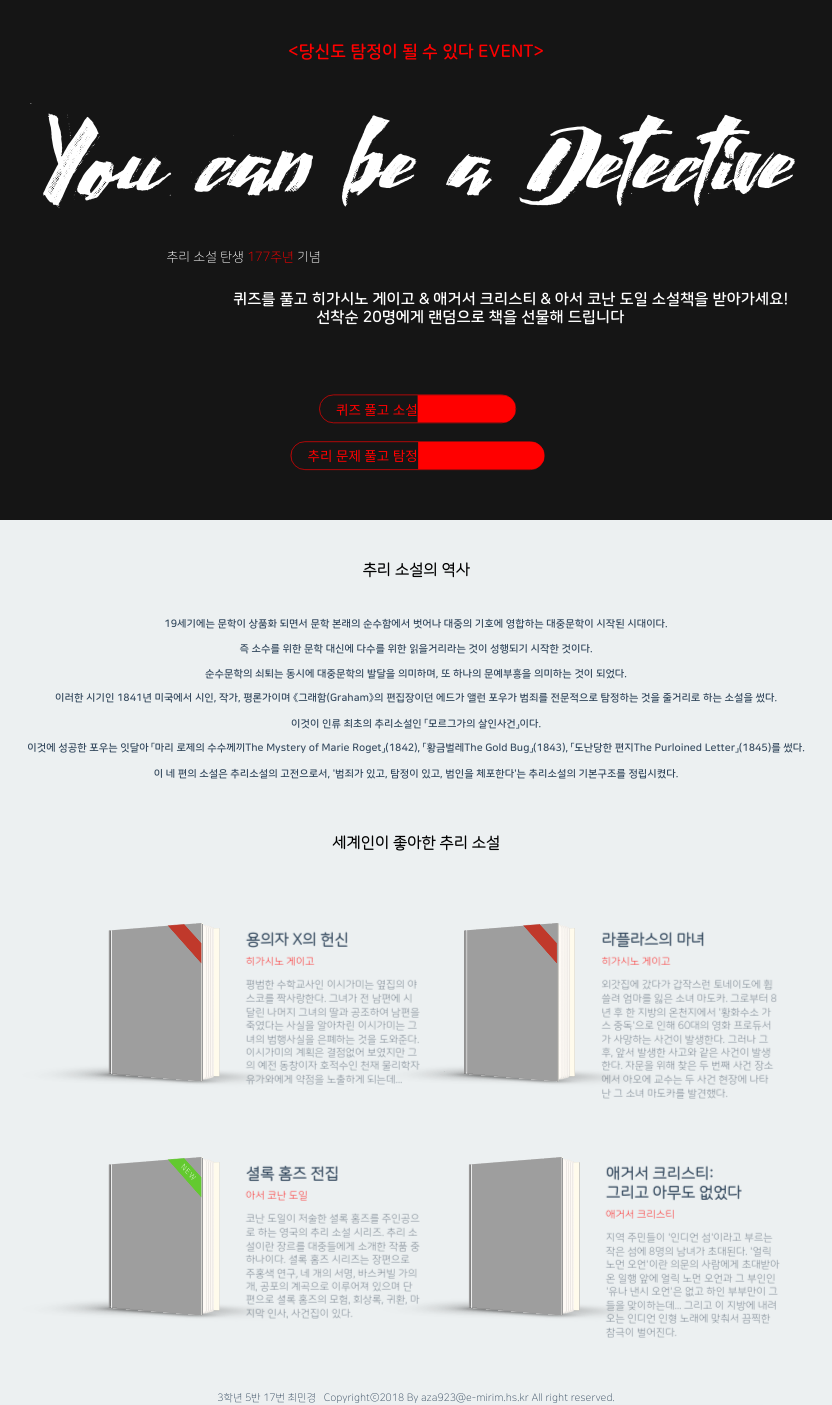
Repository: minkyung0421/Event_Project
Page: http://localhost/Event/main.jsp
An editor plug-in stored every save of this project. The page is shown before and after the next save, followed by the edit.
The browser window is 1280 px wide. The pictures show the whole page, at 65% of full size.
Pictures or frames that could not be fetched are drawn as grey boxes. The page is served by Tomcat 9.

Above is the page before, as saved 2018-09-04 22:23:26.
Not found: Event_Project/Event/Event/compass/css3

### Event_Project/Event/WebContent/css.css
@import "compass/css3";

/*
	A. Mini Reset
*/
*, *:after, *:before { -webkit-box-sizing: border-box; -moz-box-sizing: border-box; box-sizing: border-box; }

* {
  margin: 0;
  padding: 0;
}

::before,
::after {
	content: "";
}

html,
body {
	height: 100%;
	-webkit-font-smoothing: subpixel-antialiased;
}

html {
	font-size: 100%;
}

body {
	background: #ecf0f1;
	color: #34495e;
	font-family: 'Lato', 'Arial', sans-serif;
	font-weight: 400;
	line-height: 1.2;
}

ul {
	margin: 0;
	padding: 0;
	list-style: none;
}

a {
	color: #2c3e50;
	text-decoration: none;
}

.btn {
	display: inline-block;
	text-transform: uppercase;
	border: 2px solid #2c3e50;
	margin-top: 100px;
	font-size: 0.7em;
	font-weight: 700;
	padding: 0.1em 0.4em;
	text-align: center;
	-webkit-transition: color 0.3s, border-color 0.3s;
	-moz-transition: color 0.3s, border-color 0.3s;
	transition: color 0.3s, border-color 0.3s;
}

.btn:hover {
	border-color: red;
	color: red;
}

/* basic grid, only for this demo */

.align {
	clear: both;
	margin: 90px auto 20px;
	width: 100%;
	max-width: 1170px;
	text-align: center;
}

.align > li {
	width: 500px;
	min-height: 300px;
	display: inline-block;
	margin: 30px 20px 30px 30px;
	padding: 0 0 0 60px;
	vertical-align: top;
}

/* ///////////////////////////////////////////////////

HARDCOVER
Table of Contents

1. container
2. background & color
3. opening cover, back cover and pages
4. position, transform y transition
5. events
6. Bonus
	- Cover design
	- Ribbon
	- Figcaption
7. mini-reset

/////////////////////////////////////////////////////*/

/*
	1. container
*/

.book {
	position: relative;
	width: 160px;
	height: 220px;
	-webkit-perspective: 1000px;
	-moz-perspective: 1000px;
	perspective: 1000px;
	-webkit-transform-style: preserve-3d;
	-moz-transform-style: preserve-3d;
	transform-style: preserve-3d;
}

/*
	2. background & color
*/

/* HARDCOVER FRONT */
.hardcover_front li:first-child {
	background-color: #eee;
	-webkit-backface-visibility: hidden;
	-moz-backface-visibility: hidden;
	backface-visibility: hidden;
}

/* reverse */
.hardcover_front li:last-child {
	background: #fffbec;
}

/* HARDCOVER BACK */
.hardcover_back li:first-child {
	background: #fffbec;
}

/* reverse */
.hardcover_back li:last-child {
	background: #fffbec;
}

.book_spine li:first-child {
	background: #eee;
}
.book_spine li:last-child {
	background: #333;
}

/* thickness of cover */

.hardcover_front li:first-child:after,
.hardcover_front li:first-child:before,
.hardcover_front li:last-child:after,
.hardcover_front li:last-child:before,
.hardcover_back li:first-child:after,
.hardcover_back li:first-child:before,
.hardcover_back li:last-child:after,
.hardcover_back li:last-child:before,
.book_spine li:first-child:after,
.book_spine li:first-child:before,
.book_spine li:last-child:after,
.book_spine li:last-child:before {
	background: #999;
}

/* page */

.page > li {
	background: -webkit-linear-gradient(left, #e1ddd8 0%, #fffbf6 100%);
	background: -moz-linear-gradient(left, #e1ddd8 0%, #fffbf6 100%);
	background: -ms-linear-gradient(left, #e1ddd8 0%, #fffbf6 100%);
	background: linear-gradient(left, #e1ddd8 0%, #fffbf6 100%);
	box-shadow: inset 0px -1px 2px rgba(50, 50, 50, 0.1), inset -1px 0px 1px rgba(150, 150, 150, 0.2);
	border-radius: 0px 5px 5px 0px;
}

/*
	3. opening cover, back cover and pages
*/

.hardcover_front {
	-webkit-transform: rotateY(-34deg) translateZ(8px);
	-moz-transform: rotateY(-34deg) translateZ(8px);
	transform: rotateY(-34deg) translateZ(8px);
	z-index: 100;
}

.hardcover_back {
	-webkit-transform: rotateY(-15deg) translateZ(-8px);
	-moz-transform: rotateY(-15deg) translateZ(-8px);
	transform: rotateY(-15deg) translateZ(-8px);
}

.page li:nth-child(1) {
	-webkit-transform: rotateY(-28deg);
	-moz-transform: rotateY(-28deg);
	transform: rotateY(-28deg);
}

.page li:nth-child(2) {
	-webkit-transform: rotateY(-30deg);
	-moz-transform: rotateY(-30deg);
	transform: rotateY(-30deg);
}

.page li:nth-child(3) {
	-webkit-transform: rotateY(-32deg);
	-moz-transform: rotateY(-32deg);
	transform: rotateY(-32deg);
}

.page li:nth-child(4) {
	-webkit-transform: rotateY(-34deg);
	-moz-transform: rotateY(-34deg);
	transform: rotateY(-34deg);
}

.page li:nth-child(5) {
	-webkit-transform: rotateY(-36deg);
	-moz-transform: rotateY(-36deg);
	transform: rotateY(-36deg);
}

/*
	4. position, transform & transition
*/

.hardcover_front,
.hardcover_back,
.book_spine,
.hardcover_front li,
.hardcover_back li,
.book_spine li {
	position: absolute;
	top: 0;
	left: 0;
	width: 100%;
	height: 100%;
	-webkit-transform-style: preserve-3d;
	-moz-transform-style: preserve-3d;
	transform-style: preserve-3d;
}

.hardcover_front,
.hardcover_back {
	-webkit-transform-origin: 0% 100%;
	-moz-transform-origin: 0% 100%;
	transform-origin: 0% 100%;
}

.hardcover_front {
	-webkit-transition: all 0.8s ease, z-index 0.6s;
	-moz-transition: all 0.8s ease, z-index 0.6s;
	transition: all 0.8s ease, z-index 0.6s;
}

/* HARDCOVER front */
.hardcover_front li:first-child {
	cursor: default;
	-webkit-user-select: none;
	-moz-user-select: none;
	user-select: none;
	-webkit-transform: translateZ(2px);
	-moz-transform: translateZ(2px);
	transform: translateZ(2px);
}

.hardcover_front li:last-child {
	-webkit-transform: rotateY(180deg) translateZ(2px);
	-moz-transform: rotateY(180deg) translateZ(2px);
	transform: rotateY(180deg) translateZ(2px);
}

/* HARDCOVER back */
.hardcover_back li:first-child {
	-webkit-transform: translateZ(2px);
	-moz-transform: translateZ(2px);
	transform: translateZ(2px);
}

.hardcover_back li:last-child {
	-webkit-transform: translateZ(-2px);
	-moz-transform: translateZ(-2px);
	transform: translateZ(-2px);
}

/* thickness of cover */
.hardcover_front li:first-child:after,
.hardcover_front li:first-child:before,
.hardcover_front li:last-child:after,
.hardcover_front li:last-child:before,
.hardcover_back li:first-child:after,
.hardcover_back li:first-child:before,
.hardcover_back li:last-child:after,
.hardcover_back li:last-child:before,
.book_spine li:first-child:after,
.book_spine li:first-child:before,
.book_spine li:last-child:after,
.book_spine li:last-child:before {
	position: absolute;
	top: 0;
	left: 0;
}

/* HARDCOVER front */
.hardcover_front li:first-child:after,
.hardcover_front li:first-child:before {
	width: 4px;
	height: 100%;
}

.hardcover_front li:first-child:after {
	-webkit-transform: rotateY(90deg) translateZ(-2px) translateX(2px);
	-moz-transform: rotateY(90deg) translateZ(-2px) translateX(2px);
	transform: rotateY(90deg) translateZ(-2px) translateX(2px);
}

.hardcover_front li:first-child:before {
	-webkit-transform: rotateY(90deg) translateZ(158px) translateX(2px);
	-moz-transform: rotateY(90deg) translateZ(158px) translateX(2px);
	transform: rotateY(90deg) translateZ(158px) translateX(2px);
}

.hardcover_front li:last-child:after,
.hardcover_front li:last-child:before {
	width: 4px;
	height: 160px;
}

.hardcover_front li:last-child:after {
	-webkit-transform: rotateX(90deg) rotateZ(90deg) translateZ(80px) translateX(-2px) translateY(-78px);
	-moz-transform: rotateX(90deg) rotateZ(90deg) translateZ(80px) translateX(-2px) translateY(-78px);
	transform: rotateX(90deg) rotateZ(90deg) translateZ(80px) translateX(-2px) translateY(-78px);
}
.hardcover_front li:last-child:before {
	box-shadow: 0px 0px 30px 5px #333;
	-webkit-transform: rotateX(90deg) rotateZ(90deg) translateZ(-140px) translateX(-2px) translateY(-78px);
	-moz-transform: rotateX(90deg) rotateZ(90deg) translateZ(-140px) translateX(-2px) translateY(-78px);
	transform: rotateX(90deg) rotateZ(90deg) translateZ(-140px) translateX(-2px) translateY(-78px);
}

/* thickness of cover */

.hardcover_back li:first-child:after,
.hardcover_back li:first-child:before {
	width: 4px;
	height: 100%;
}

.hardcover_back li:first-child:after {
	-webkit-transform: rotateY(90deg) translateZ(-2px) translateX(2px);
	-moz-transform: rotateY(90deg) translateZ(-2px) translateX(2px);
	transform: rotateY(90deg) translateZ(-2px) translateX(2px);
}
.hardcover_back li:first-child:before {
	-webkit-transform: rotateY(90deg) translateZ(158px) translateX(2px);
	-moz-transform: rotateY(90deg) translateZ(158px) translateX(2px);
	transform: rotateY(90deg) translateZ(158px) translateX(2px);
}

.hardcover_back li:last-child:after,
.hardcover_back li:last-child:before {
	width: 4px;
	height: 160px;
}

.hardcover_back li:last-child:after {
	-webkit-transform: rotateX(90deg) rotateZ(90deg) translateZ(80px) translateX(2px) translateY(-78px);
	-moz-transform: rotateX(90deg) rotateZ(90deg) translateZ(80px) translateX(2px) translateY(-78px);
	transform: rotateX(90deg) rotateZ(90deg) translateZ(80px) translateX(2px) translateY(-78px);
}

.hardcover_back li:last-child:before {
	box-shadow: 10px -1px 80px 20px #666;
	-webkit-transform: rotateX(90deg) rotateZ(90deg) translateZ(-140px) translateX(2px) translateY(-78px);
	-moz-transform: rotateX(90deg) rotateZ(90deg) translateZ(-140px) translateX(2px) translateY(-78px);
	transform: rotateX(90deg) rotateZ(90deg) translateZ(-140px) translateX(2px) translateY(-78px);
}

/* BOOK SPINE */
.book_spine {
	-webkit-transform: rotateY(60deg) translateX(-5px) translateZ(-12px);
	-moz-transform: rotateY(60deg) translateX(-5px) translateZ(-12px);
	transform: rotateY(60deg) translateX(-5px) translateZ(-12px);
	width: 16px;
	z-index: 0;
}

.book_spine li:first-child {
	-webkit-transform: translateZ(2px);
	-moz-transform: translateZ(2px);
	transform: translateZ(2px);
}

.book_spine li:last-child {
	-webkit-transform: translateZ(-2px);
	-moz-transform: translateZ(-2px);
	transform: translateZ(-2px);
}

/* thickness of book spine */
.book_spine li:first-child:after,
.book_spine li:first-child:before {
	width: 4px;
	height: 100%;
}

.book_spine li:first-child:after {
	-webkit-transform: rotateY(90deg) translateZ(-2px) translateX(2px);
	-moz-transform: rotateY(90deg) translateZ(-2px) translateX(2px);
	transform: rotateY(90deg) translateZ(-2px) translateX(2px);
}

.book_spine li:first-child:before {
	-webkit-transform: rotateY(-90deg) translateZ(-12px);
	-moz-transform: rotateY(-90deg) translateZ(-12px);
	transform: rotateY(-90deg) translateZ(-12px);
}

.book_spine li:last-child:after,
.book_spine li:last-child:before {
	width: 4px;
	height: 16px;
}

.book_spine li:last-child:after {
	-webkit-transform: rotateX(90deg) rotateZ(90deg) translateZ(8px) translateX(2px) translateY(-6px);
	-moz-transform: rotateX(90deg) rotateZ(90deg) translateZ(8px) translateX(2px) translateY(-6px);
	transform: rotateX(90deg) rotateZ(90deg) translateZ(8px) translateX(2px) translateY(-6px);
}

.book_spine li:last-child:before {
	box-shadow: 5px -1px 100px 40px rgba(0, 0, 0, 0.2);
	-webkit-transform: rotateX(90deg) rotateZ(90deg) translateZ(-210px) translateX(2px) translateY(-6px);
	-moz-transform: rotateX(90deg) rotateZ(90deg) translateZ(-210px) translateX(2px) translateY(-6px);
	transform: rotateX(90deg) rotateZ(90deg) translateZ(-210px) translateX(2px) translateY(-6px);
}

.page,
.page > li {
	position: absolute;
	top: 0;
	left: 0;
	-webkit-transform-style: preserve-3d;
	-moz-transform-style: preserve-3d;
	transform-style: preserve-3d;
}

.page {
	width: 100%;
	height: 98%;
	top: 1%;
	left: 3%;
	z-index: 10;
}

.page > li {
	width: 100%;
	height: 100%;
	-webkit-transform-origin: left center;
	-moz-transform-origin: left center;
	transform-origin: left center;
	-webkit-transition-property: transform;
	-moz-transition-property: transform;
	transition-property: transform;
	-webkit-transition-timing-function: ease;
	-moz-transition-timing-function: ease;
	transition-timing-function: ease;
}

.page > li:nth-child(1) {
	-webkit-transition-duration: 0.6s;
	-moz-transition-duration: 0.6s;
	transition-duration: 0.6s;
}

.page > li:nth-child(2) {
	-webkit-transition-duration: 0.6s;
	-moz-transition-duration: 0.6s;
	transition-duration: 0.6s;
}

.page > li:nth-child(3) {
	-webkit-transition-duration: 0.4s;
	-moz-transition-duration: 0.4s;
	transition-duration: 0.4s;
}

.page > li:nth-child(4) {
	-webkit-transition-duration: 0.5s;
	-moz-transition-duration: 0.5s;
	transition-duration: 0.5s;
}

.page > li:nth-child(5) {
	-webkit-transition-duration: 0.6s;
	-moz-transition-duration: 0.6s;
	transition-duration: 0.6s;
}

/*
	5. events
*/

.book:hover > .hardcover_front {
	-webkit-transform: rotateY(-145deg) translateZ(0);
	-moz-transform: rotateY(-145deg) translateZ(0);
	transform: rotateY(-145deg) translateZ(0);
	z-index: 0;
}

.book:hover > .page li:nth-child(1) {
	-webkit-transform: rotateY(-30deg);
	-moz-transform: rotateY(-30deg);
	transform: rotateY(-30deg);
	-webkit-transition-duration: 1.5s;
	-moz-transition-duration: 1.5s;
	transition-duration: 1.5s;
}

.book:hover > .page li:nth-child(2) {
	-webkit-transform: rotateY(-35deg);
	-moz-transform: rotateY(-35deg);
	transform: rotateY(-35deg);
	-webkit-transition-duration: 1.8s;
	-moz-transition-duration: 1.8s;
	transition-duration: 1.8s;
}

.book:hover > .page li:nth-child(3) {
	-webkit-transform: rotateY(-118deg);
	-moz-transform: rotateY(-118deg);
	transform: rotateY(-118deg);
	-webkit-transition-duration: 1.6s;
	-moz-transition-duration: 1.6s;
	transition-duration: 1.6s;
}

.book:hover > .page li:nth-child(4) {
	-webkit-transform: rotateY(-130deg);
	-moz-transform: rotateY(-130deg);
	transform: rotateY(-130deg);
	-webkit-transition-duration: 1.4s;
	-moz-transition-duration: 1.4s;
	transition-duration: 1.4s;
}

.book:hover > .page li:nth-child(5) {
	-webkit-transform: rotateY(-140deg);
	-moz-transform: rotateY(-140deg);
	transform: rotateY(-140deg);
	-webkit-transition-duration: 1.2s;
	-moz-transition-duration: 1.2s;
	transition-duration: 1.2s;
}

/*
	6. Bonus
*/

/* cover CSS */

.coverDesign {
	position: absolute;
	top: 0;
	left: 0;
	bottom: 0;
	right: 0;
	overflow: hidden;
	-webkit-backface-visibility: hidden;
	-moz-backface-visibility: hidden;
	backface-visibility: hidden;
}

.coverDesign::after {
	background-image: -webkit-linear-gradient( -135deg, rgba(255, 255, 255, 0.45) 0%, transparent 100%);
	background-image: -moz-linear-gradient( -135deg, rgba(255, 255, 255, 0.45) 0%, transparent 100%);
	background-image: linear-gradient( -135deg, rgba(255, 255, 255, 0.45) 0%, transparent 100%);
	position: absolute;
	top: 0;
	left: 0;
	bottom: 0;
	right: 0;
}

.coverDesign h1 {
	color: #fff;
	font-size: 2.2em;
	letter-spacing: 0.05em;
	text-align: center;
	margin: 54% 0 0 0;
	text-shadow: -1px -1px 0 rgba(0,0,0,0.1);
}

.coverDesign p {
	color: #f8f8f8;
	font-size: 1em;
	text-align: center;
	text-shadow: -1px -1px 0 rgba(0,0,0,0.1);
}

.yellow {
	background-color: #f1c40f;
	background-image: -webkit-linear-gradient(top, #f1c40f 58%, #e7ba07 0%);
	background-image: -moz-linear-gradient(top, #f1c40f 58%, #e7ba07 0%);
	background-image: linear-gradient(top, #f1c40f 58%, #e7ba07 0%);
}

.blue {
	background-color: #3498db;
	background-image: -webkit-linear-gradient(top, #3498db 58%, #2a90d4 0%);
	background-image: -moz-linear-gradient(top, #3498db 58%, #2a90d4 0%);
	background-image: linear-gradient(top, #3498db 58%, #2a90d4 0%);
}

.grey {
	background-color: #f8e9d1;
	background-image: -webkit-linear-gradient(top, #f8e9d1 58%, #e7d5b7 0%);
	background-image: -moz-linear-gradient(top, #f8e9d1 58%, #e7d5b7 0%);
	background-image: linear-gradient(top, #f8e9d1 58%, #e7d5b7 0%);
}

/* Basic ribbon */

.ribbon {
	color: #fff;
	display: block;
	font-size: 0.7em;
	position: absolute;
	top: 11px;
	right: 1px;
	width: 40px;
	height: 20px;
	line-height: 20px;
	letter-spacing: 0.15em;
	text-align: center;
	-webkit-transform: rotateZ(45deg) translateZ(1px);
	-moz-transform: rotateZ(45deg) translateZ(1px);
	transform: rotateZ(45deg) translateZ(1px);
	-webkit-backface-visibility: hidden;
	-moz-backface-visibility: hidden;
	backface-visibility: hidden;
	z-index: 10;
  &.new{
    background: #63c930;
    &:before,
    &:after{
      border-bottom: 20px solid #63c930;
    }
  }
  &.bestseller{
    background: #c0392b;
    &:before,
    &:after{
      border-bottom: 20px solid #c0392b;
    }
  }


}

.ribbon::before,
.ribbon::after{
	position: absolute;
	top: -20px;
	width: 0;
	height: 0;

	border-top: 20px solid transparent;
}

.ribbon::before{
	left: -20px;
	border-left: 20px solid transparent;
}

.ribbon::after{
	right: -20px;
	border-right: 20px solid transparent;
}

/* figcaption */

figcaption {
	padding-left: 40px;
	text-align: left;
	position: absolute;
	top: 0%;
	left: 160px;
	width: 310px;
}

figcaption h1 {
	margin: 0;
}

figcaption span {
	color: #16a085;
	padding: 0.6em 0 1em 0;
	display: block;
}

figcaption p {
	color: #63707d;
	line-height: 1.3;
}

/* Media Queries */
@media screen and (max-width: 37.8125em) {
	.align > li {
		width: 100%;
		min-height: 440px;
		height: auto;
		padding: 0;
		margin: 0 0 30px 0;
	}

	.book {
		margin: 0 auto;
	}

	figcaption {
		text-align: center;
		width: 320px;
		top: 250px;
		padding-left: 0;
		left: -80px;
		font-size: 90%;
	}
}



@import url(https://fonts.googleapis.com/css?family=Open+Sans:300,400,600);


.buttonContainer{
	margin-top:100px;
	text-align:center;
}

/* BUTTON CSS
------------------------------------------- */

a.button{
  display:inline-block;

	font:normal normal 300 1.3em 'Open Sans';
	text-decoration:none;

	color:red;
	brackground-color:transparent;
	border:1px solid red;
	border-radius:100px;

	padding: .3em 1.2em;
	/* margin:5px; */
	margin-top:3px;
	margin-bottom: 5px;
	margin-left: 5px;
	margin-right: 5px''

	background-size: 200% 100%;
	background-image: linear-gradient(to right, transparent 50%, red 50%);
	transition: background-position .3s cubic-bezier(0.19, 1, 0.22, 1) .1s, color .5s ease 0s, background-color .5s ease;
}

a.button:hover{
	color:white;
	background-color:black;
	background-position: -100% 100%;
}

Loaded but not shown: Event_Project/Event/WebContent/main.jsp (227 lines, source omitted)

After the next save:
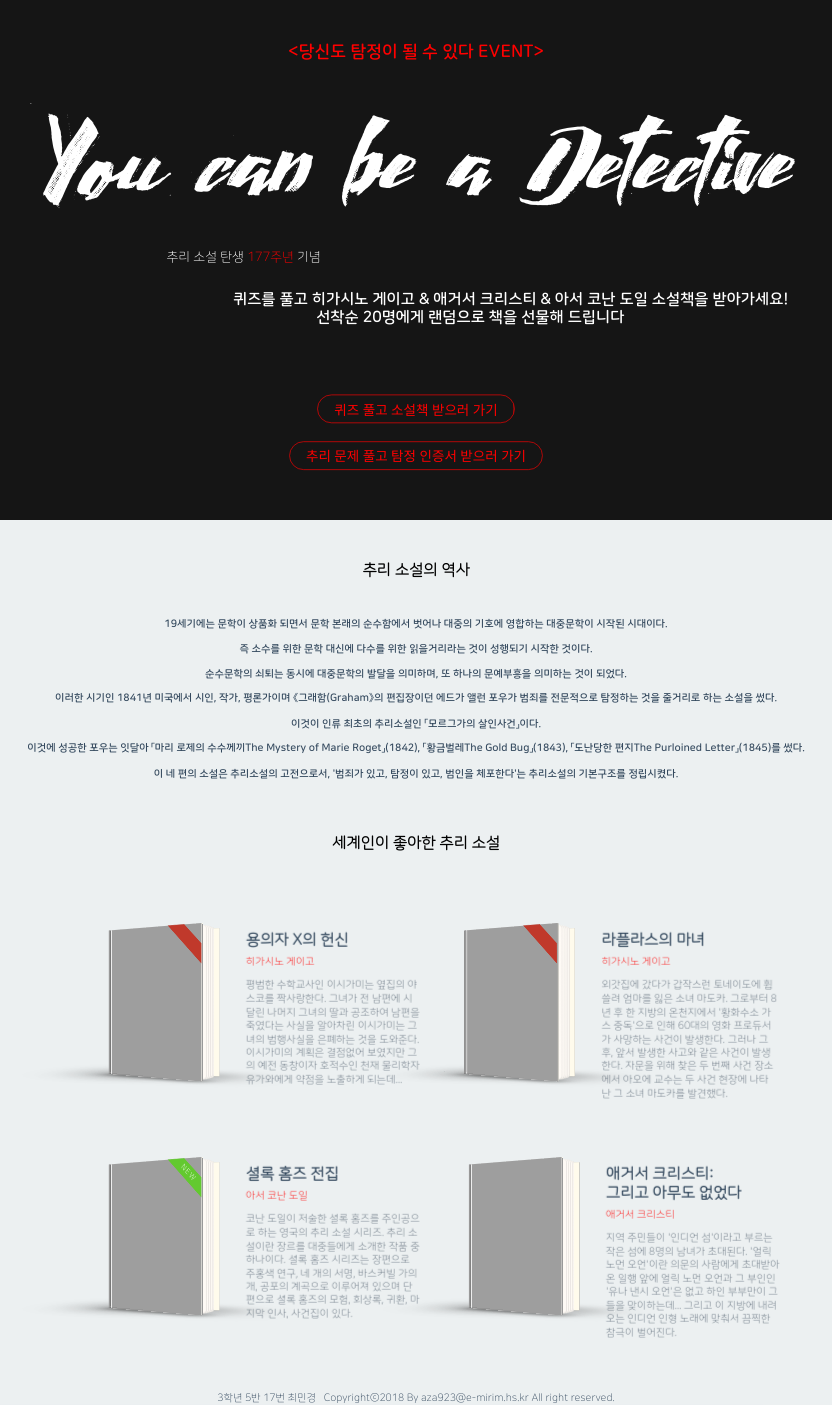
Saved 4 s later.
--- a/Event_Project/Event/WebContent/css.css
+++ b/Event_Project/Event/WebContent/css.css
@@ -762,7 +762,7 @@
 	margin-top:3px;
 	margin-bottom: 5px;
 	margin-left: 5px;
-	margin-right: 5px''
+	margin-right: 5px;
 
 	background-size: 200% 100%;
 	background-image: linear-gradient(to right, transparent 50%, red 50%);
